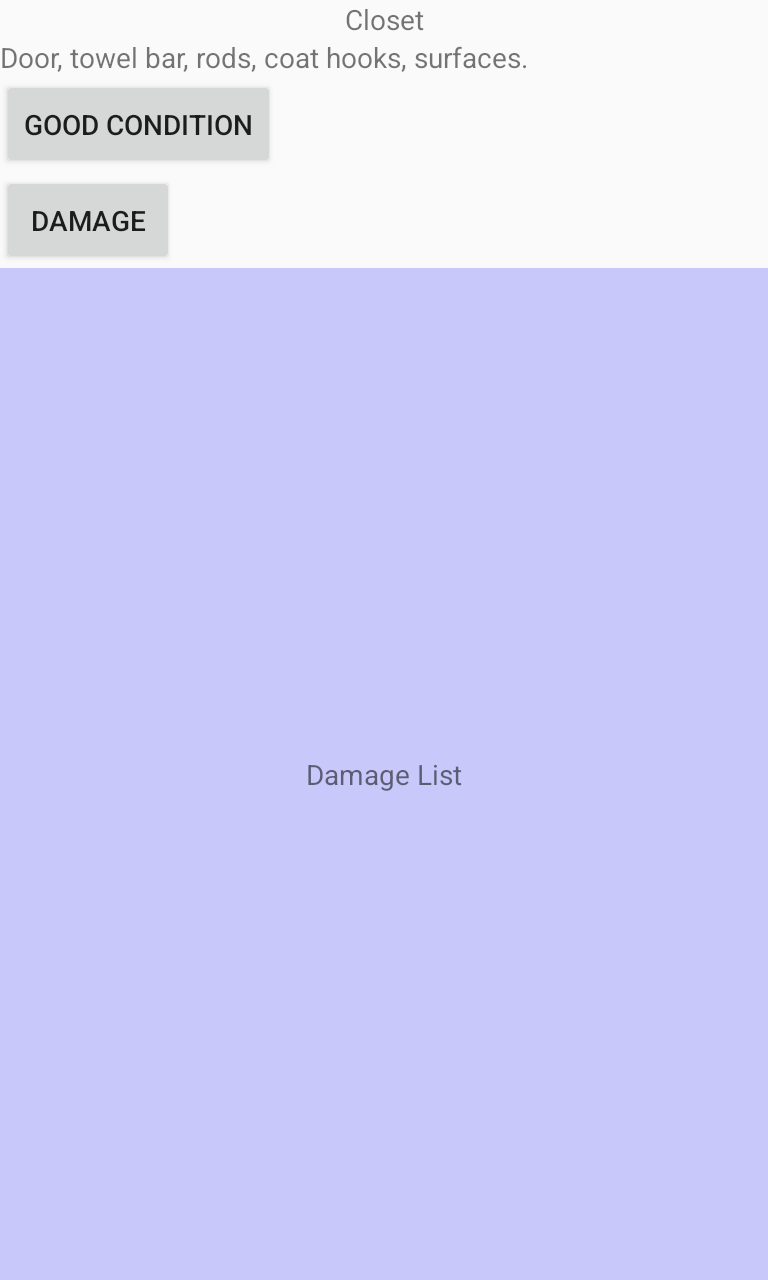
Repository: Android-BD/android-final-project
Layout: FinalProject/res/layout/rcr_form_element_fragment.xml
The author's editor kept a copy of each file at every save. The layout is drawn from the files as they stood at one save, then again after the next save.
It is drawn on a 768 x 1280 px phone screen (xhdpi) without system bars, with theme AppTheme; the app's code is not run. Lists and similar views that code fills are empty.

Above is the layout before, as saved 2014-05-08 05:11:38.

### FinalProject/res/layout/rcr_form_element_fragment.xml
<?xml version="1.0" encoding="utf-8"?>
<LinearLayout xmlns:android="http://schemas.android.com/apk/res/android"
    android:layout_width="match_parent"
    android:layout_height="match_parent"
    android:orientation="vertical" >

    <TextView android:id="@+id/category_title"
        android:layout_width="match_parent"
        android:layout_height="wrap_content"
        android:gravity="center"
        android:text="@string/category_title" />

    <TextView android:id="@+id/category_description"
        android:layout_width="match_parent"
        android:layout_height="wrap_content"
        android:text="@string/category_description" />

    <Button android:id="@+id/good_condition_button"
        android:layout_width="wrap_content"
        android:layout_height="wrap_content"
        android:text="@string/good_condition" />

    <Button android:id="@+id/damage_button"
        android:layout_width="wrap_content"
        android:layout_height="wrap_content"
        android:text="@string/damage" />

    <TextView android:id="@+id/damage_list"
        android:layout_width="match_parent"
        android:layout_height="0dp"
        android:layout_weight="1"
        android:text="@string/damage_list"
        android:background="#330000ff"
        android:gravity="center"/>

</LinearLayout>

### FinalProject/res/values/strings.xml
<?xml version="1.0" encoding="utf-8"?>
<resources>

    <string name="app_name">FinalProject</string>
    <string name="hello_world">Hello world!</string>
    <string name="action_settings">Settings</string>
    <string name="search_rcrs">Search RCRs</string>
    <string name="new_rcr">New RCR</string>
    <string name="ra_last_name">RA\'s Last Name</string>
    <string name="ra_first_name">RA\'s First Name</string>
    <string name="resident_last_name">Resident\'s Last Name</string>
    <string name="resident_first_name">Resident\'s First Name</string>
    <string name="room_number">Room Number</string>
    <string name="previous">Previous</string>
    <string name="next">Next</string>
    <string name="good_condition">Good Condition</string>
    <string name="normal_wear">Normal Wear</string>
    <string name="damage">Damage</string>
    <string name="create">Create</string>
    <string name="left">Left</string>
    <string name="right">Right</string>
    <string name="check_in">Check In</string>
    <string name="check_out">Check Out</string>
    <string name="category_title">Closet</string>
    <string name="category_description">Door, towel bar, rods, coat hooks, surfaces.</string>
    <string name="note_damage">Note Damage</string>
    <string name="damage_list">Damage List</string>
    <string name="short_name">Short Name</string>
    <string name="description">Description (include size and color)</string>
    <string name="save">Save</string>

</resources>

Loaded but not shown: FinalProject/res/values/styles.xml (common file); FinalProject/res/values-v11/styles.xml (common file); FinalProject/res/values-v14/styles.xml (common file)

After the next save:
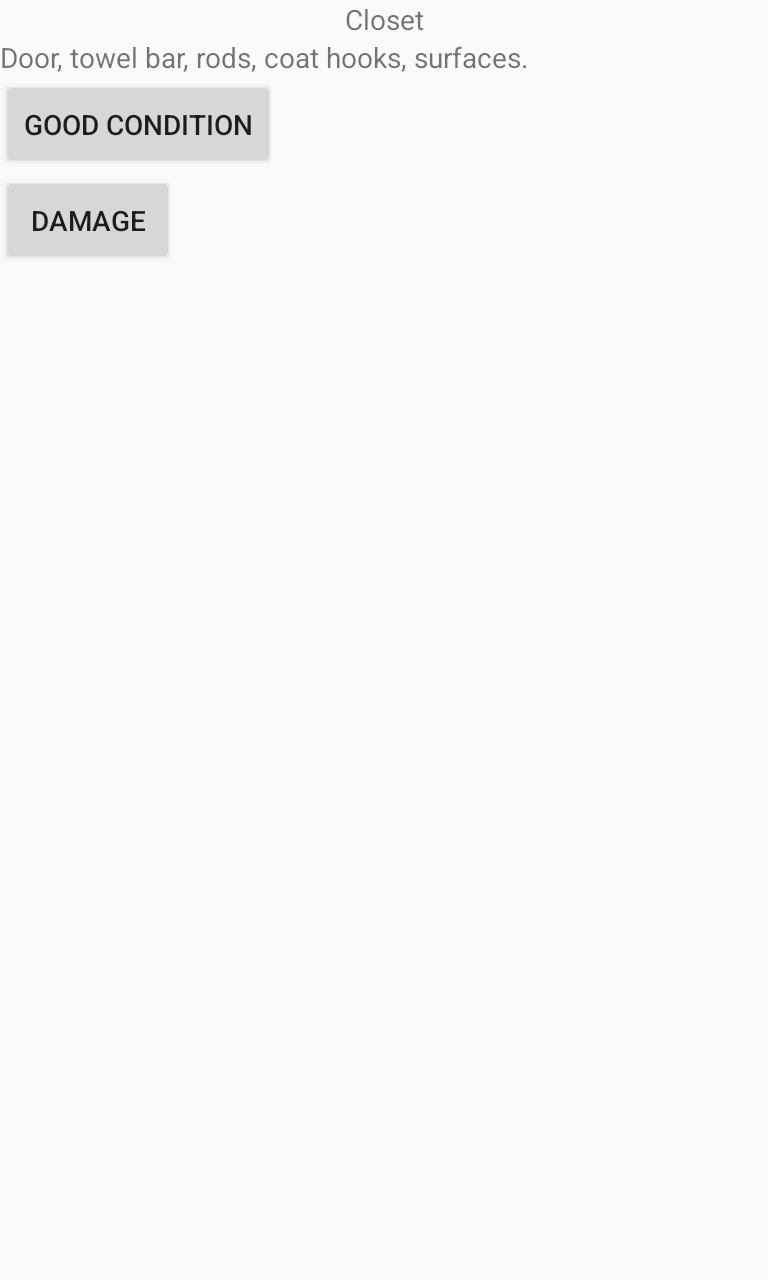
Saved 2 min 42 s later.
--- a/FinalProject/res/layout/rcr_form_element_fragment.xml
+++ b/FinalProject/res/layout/rcr_form_element_fragment.xml
@@ -25,12 +25,8 @@
         android:layout_height="wrap_content"
         android:text="@string/damage" />
 
-    <TextView android:id="@+id/damage_list"
+    <ListView android:id="@+id/damage_list"
         android:layout_width="match_parent"
-        android:layout_height="0dp"
-        android:layout_weight="1"
-        android:text="@string/damage_list"
-        android:background="#330000ff"
-        android:gravity="center"/>
+        android:layout_height="wrap_content" />
 
 </LinearLayout>
